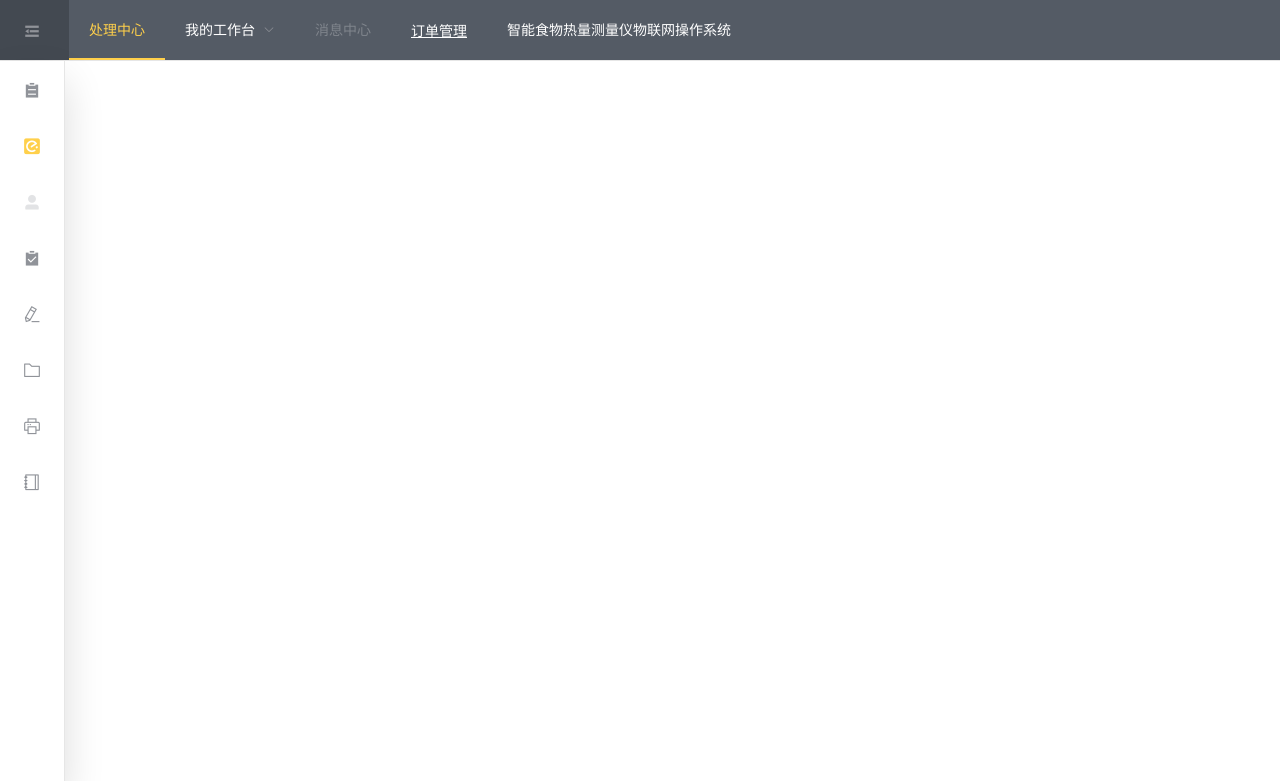
Repository: darkchoco10099/vue_django_project
Page: /#/chufangsheding (app in frontend/)
These files come from the project's save history. The page is drawn as it stood at one moment and after a run of saves; the edit follows.
The browser window is 1280 px wide. The pictures show the whole page.
The project was rebuilt for these pictures with package versions that can differ from the ones it lists, and the page was loaded fresh each time. Also part of the build but not shown: frontend/vue.config.js.

Above is the page before, as saved 2022-05-02 13:13:09.

### frontend/index.html
<!DOCTYPE html>
<html>
  <head>
    <meta charset="utf-8">
    <meta name="viewport" content="width=device-width,initial-scale=1.0">
    <title>智能食物热量测量仪物联网操作系统</title>
  </head>
  <body>
    <div id="app"></div>
    <!-- built files will be auto injected -->
  </body>
</html>

### frontend/src/main.js
// The Vue build version to load with the `import` command
// (runtime-only or standalone) has been set in webpack.base.conf with an alias.
import Vue from 'vue'
import App from './App'
import router from './router'
import ElementUI from 'element-ui' // element-ui的全部组件
import 'element-ui/lib/theme-chalk/index.css'// element-ui的css
Vue.use(ElementUI) // 使用elementUI

Vue.config.productionTip = false
Vue.config.devtools = true

/* eslint-disable no-new */
new Vue({
  el: '#app',
  router,
  components: { App },
  template: '<App/>'
})

### frontend/src/App.vue
<template>
  <div id="app">
    <!-- <img src="./assets/logo.png"> -->
    <router-view/>
  </div>
</template>

<script>
export default {
  components: {
  },
  name: 'App'
}
</script>

<style>
#app {
  font-family: 'Avenir', Helvetica, Arial, sans-serif;
  -webkit-font-smoothing: antialiased;
  -moz-osx-font-smoothing: grayscale;
  text-align: center;
  color: #2c3e50;
  margin-top: 60px;
}
</style>

### frontend/src/router/index.js
import Vue from 'vue'
import Router from 'vue-router'
// import HelloWorld from '@/components/HelloWorld'
import Home from '@/page/home'
import Chufangsheding from '@/page/chufangsheding'
Vue.use(Router)

export default new Router({
  routes: [
    {
      path: '/',
      name: '首页',
      component: Home
    },
    {
      path: '/chufangsheding',
      name: '处方设定',
      component: Chufangsheding
    }
  ]
})

### frontend/src/page/home.vue
<template>
<div>
        <Nav></Nav>
</div>
</template>

<script>
// import Top from '@/components/TopHeader.vue'
import Nav from '@/components/Nav.vue'
export default {
  components: {
    Nav
  },
  name: 'App'
}
</script>

<style>
html,
body,
#app,
.el-container{
    padding:0px;
    margin:0px;
    height:100%;
}
</style>

### frontend/src/page/chufangsheding.vue
<template>
  <div>
    <Home></Home>
  </div>
</template>

<script>
import Home from './home.vue'

export default {
  components: {
    Home
  },
  name: 'App'
}
</script>

### frontend/src/components/Nav.vue
<template>
  <div>
    <el-menu
      :default-active="activeIndex2"
      class="el-menu-demo"
      mode="horizontal"
      @select="handleSelect"
      background-color="#545b65"
      text-color="#fff"
      active-text-color="#ffd04b"
    >
      <el-menu-item v-model="isCollapse">
        <i class="el-icon-s-fold" @click="isC"></i>
      </el-menu-item>
      <el-menu-item index="1">处理中心</el-menu-item>
      <el-submenu index="2">
        <template slot="title">我的工作台</template>
        <el-menu-item index="2-1">选项1</el-menu-item>
        <el-menu-item index="2-2">选项2</el-menu-item>
        <el-menu-item index="2-3">选项3</el-menu-item>
        <el-submenu index="2-4">
          <template slot="title">选项4</template>
          <el-menu-item index="2-4-1">选项1</el-menu-item>
          <el-menu-item index="2-4-2">选项2</el-menu-item>
          <el-menu-item index="2-4-3">选项3</el-menu-item>
        </el-submenu>
      </el-submenu>
      <el-menu-item index="3" disabled>消息中心</el-menu-item>
      <el-menu-item index="4"
        ><a href="https://www.ele.me" target="_blank">订单管理</a></el-menu-item
      >
      <el-menu-item class="topfront"
        >智能食物热量测量仪物联网操作系统</el-menu-item
      >
    </el-menu>
    <div class="asidenav">
    <el-row >
      <el-col :span="12">
        <el-menu
          default-active="2"
          class="el-menu-vertical-demo"
          @open="handleOpen"
          @close="handleClose"
          background-color="#ffffff"
          text-color="#545b65"
          active-text-color="#ffd04b"
          :collapse="isCollapse"
        >
          <el-submenu index="1">
            <template slot="title">
              <i class="el-icon-s-order"></i>
              <span>处方设定</span>
            </template>
            <el-menu-item-group>
              <template slot="title">分组一</template>
              <el-menu-item index="1-1">选项1</el-menu-item>
              <el-menu-item index="1-2">选项2</el-menu-item>
            </el-menu-item-group>
            <el-menu-item-group title="分组2">
              <el-menu-item index="1-3">选项3</el-menu-item>
            </el-menu-item-group>
            <el-submenu index="1-4">
              <template slot="title">选项4</template>
              <el-menu-item index="1-4-1">选项1</el-menu-item>
            </el-submenu>
          </el-submenu>
          <el-menu-item index="2">
            <i class="el-icon-platform-eleme"></i>
            <span slot="title">菜肴及每餐定义</span>
          </el-menu-item>
          <el-menu-item index="3" disabled>
            <i class="el-icon-user-solid"></i>
            <span slot="title">个人处方管理与配餐</span>
          </el-menu-item>
          <el-menu-item index="4">
            <i class="el-icon-s-claim"></i>
            <span slot="title">膳食营养分析</span>
          </el-menu-item>
          <el-menu-item index="5">
            <i class="el-icon-edit"></i>
            <span slot="title">营养成分查询</span>
          </el-menu-item>
          <el-menu-item index="6">
            <i class="el-icon-folder"></i>
            <span slot="title">聚合打包程序</span>
          </el-menu-item>
          <el-menu-item index="7">
            <i class="el-icon-printer"></i>
            <span slot="title">打印及其他设置</span>
          </el-menu-item>
          <el-menu-item index="8">
            <i class="el-icon-notebook-1"></i>
            <span slot="title">数据管理</span>
          </el-menu-item>
        </el-menu>
      </el-col>
    </el-row>
  </div>
    </div>
</template>

<script>
export default {
  methods: {
    handleOpen (key, keyPath) {
      console.log(key, keyPath)
    },
    handleClose (key, keyPath) {
      console.log(key, keyPath)
    },
    isC () {
      this.isCollapse = !this.isCollapse
    },
    handleSelect (key, keyPath) {
      console.log(key, keyPath)
    }
  },
  data () {
    return {
      isCollapse: true,
      activeIndex: '1',
      activeIndex2: '1'
    }
  }
}
</script>

<style>
.el-menu-vertical-demo {
  height: 100vh;
  /* width: 25vh; */
  box-shadow:  0 20px 40px rgba(0, 0, 0, .14)
}
.el-menu-vertical-demo:not(.el-menu--collapse) {
  width: 25vh;
  min-height: 400px;
}
</style>

After the next 2 saves:
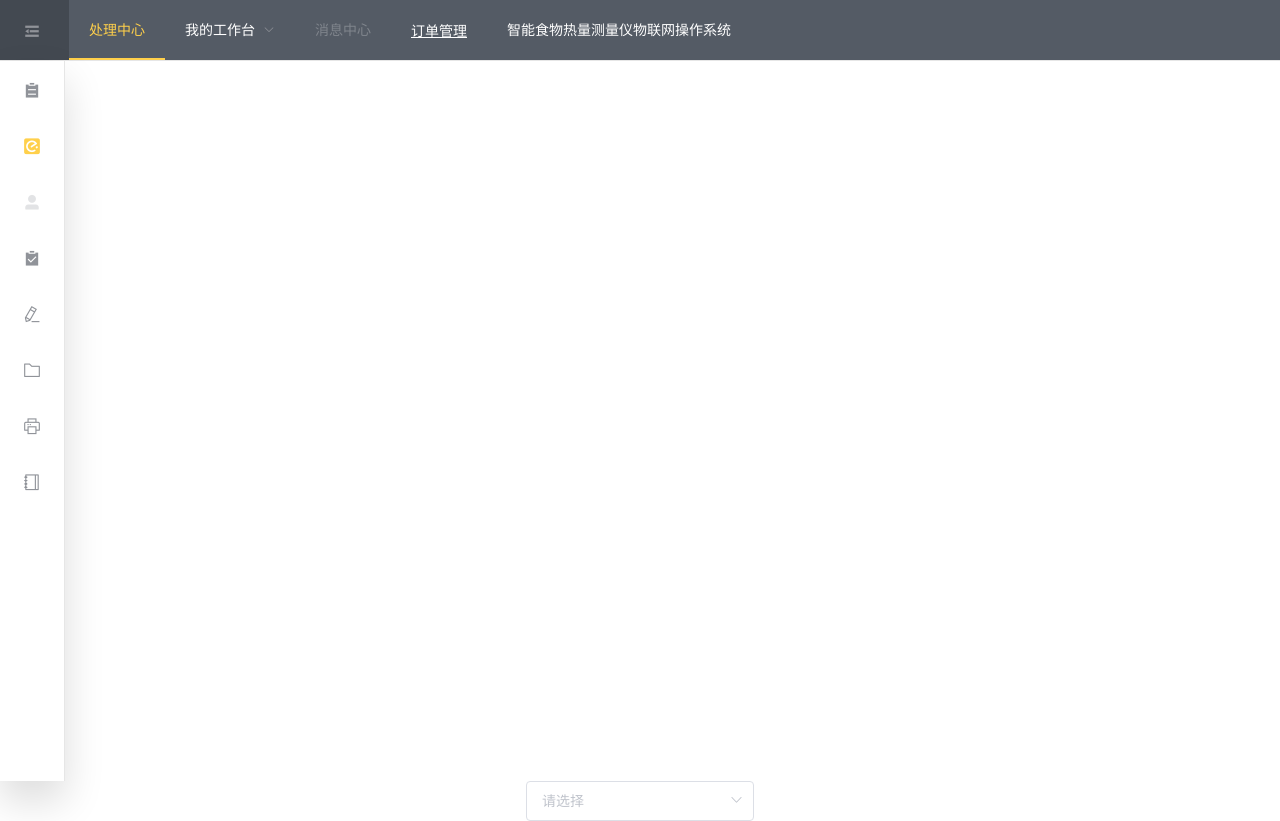
The 2 saves are shown as one change because they came seconds apart.
The last was saved 5 s later.
--- a/frontend/src/page/chufangsheding.vue
+++ b/frontend/src/page/chufangsheding.vue
@@ -1,6 +1,16 @@
 <template>
   <div>
     <Home></Home>
+    <template>
+  <el-select v-model="value" clearable placeholder="请选择">
+    <el-option
+      v-for="item in options"
+      :key="item.value"
+      :label="item.label"
+      :value="item.value">
+    </el-option>
+  </el-select>
+</template>
   </div>
 </template>
 
